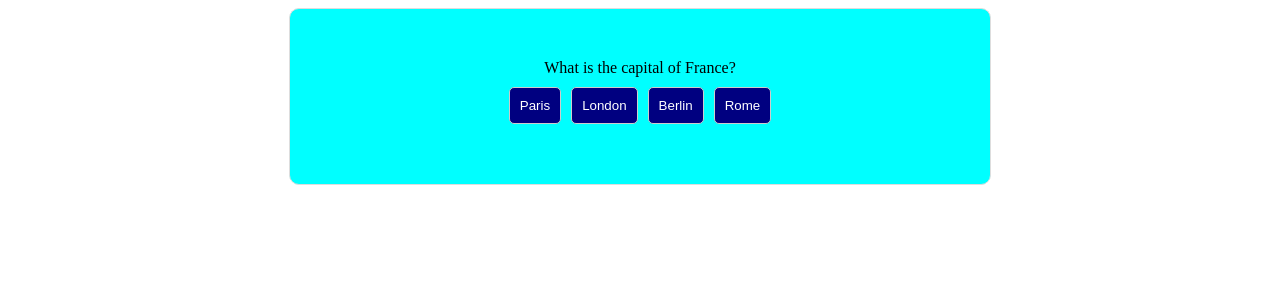
Repository: muteedwaheed/quiz-app
Page: test.html
The author's editor kept a copy of each file at every save. The page is drawn from the files as they stood at one save, then again after the next save.
The browser window is 1280 px wide. The pictures show the whole page.

Above is the page before, as saved 2024-06-23 01:52:31.

### test.html
<!DOCTYPE html>
<html lang="en">
  <head>
    <meta charset="UTF-8" />
    <meta name="viewport" content="width=device-width, initial-scale=1.0" />
    <title>quiz app</title>
    <link rel="stylesheet" href="./test.css">
  </head>
  <body>

    <div class="quiz-container">
      <div id="question-container">
        <div id="question">Question text</div>
        <div id="options-container"></div>
      </div>
    </div>

    <script src="./test.js"></script>
  </body>
</html>

### test.css
.hidden { display: none; }
.quiz-container {
  max-width: 600px;
  margin: 0 auto;
  text-align: center;
  padding: 50px;
  border: 1px solid #ddd;
  border-radius: 10px;
  background-color:aqua
}
.option {
  display: block;
  margin: 10px 0;
  padding: 10px;
  background-color:navy;
  color:white;
  border: 1px solid #ccc;
  border-radius: 5px;
  cursor: pointer;
}
#options-container {
  display: flex;
  justify-content: center;
  gap: 10px;
  flex-wrap: wrap;
}
.option:hover {
  background-color: #ddd;
}

### test.js
const quiz = [
  {
    questions: [
      {
        question: "What is the capital of France?",
        options: [
          {
            answerText: "Paris",
            isCorrect: true,
          },
          {
            answerText: "London",
            isCorrect: false,
          },
          {
            answerText: "Berlin",
            isCorrect: false,
          },
          {
            answerText: "Rome",
            isCorrect: false,
          },
        ],
      },
      {
        question: "Which of the following are primary colors?",
        options: [
          {
            answerText: "Red",
            isCorrect: true,
          },
          {
            answerText: "Green",
            isCorrect: false,
          },
          {
            answerText: "Blue",
            isCorrect: true,
          },
          {
            answerText: "Yellow",
            isCorrect: true,
          },
        ],
      },
      {
        question: "Who wrote the play 'Romeo and Juliet'?",
        options: [
          {
            answerText: "William Shakespeare",
            isCorrect: true,
          },
          {
            answerText: "Jane Austen",
            isCorrect: false,
          },
          {
            answerText: "Charles Dickens",
            isCorrect: false,
          },
          {
            answerText: "Leo Tolstoy",
            isCorrect: false,
          },
        ],
      },
      {
        question: "Which of the following are programming languages?",
        options: [
          {
            answerText: "Java",
            isCorrect: true,
          },
          {
            answerText: "Banana",
            isCorrect: false,
          },
          {
            answerText: "Python",
            isCorrect: true,
          },
          {
            answerText: "Orange",
            isCorrect: false,
          },
        ],
      },
      {
        question: "What are the colors of the rainbow?",
        options: [
          {
            answerText: "Red",
            isCorrect: true,
          },
          {
            answerText: "Green",
            isCorrect: false,
          },
          {
            answerText: "Blue",
            isCorrect: true,
          },
          {
            answerText: "Yellow",
            isCorrect: true,
          },
        ],
      },
      {
        question: "Which planet is known as the 'Red Planet'?",
        options: [
          {
            answerText: "Mars",
            isCorrect: true,
          },
          {
            answerText: "Venus",
            isCorrect: false,
          },
          {
            answerText: "Jupiter",
            isCorrect: false,
          },
          {
            answerText: "Saturn",
            isCorrect: false,
          },
        ],
      },
      {
        question: "What are the main components of air?",
        options: [
          {
            answerText: "Oxygen",
            isCorrect: true,
          },
          {
            answerText: "Carbon Dioxide",
            isCorrect: true,
          },
          {
            answerText: "Nitrogen",
            isCorrect: true,
          },
          {
            answerText: "Argon",
            isCorrect: false,
          },
        ],
      },
      {
        question: "Which animals lay eggs?",
        options: [
          {
            answerText: "Dogs",
            isCorrect: false,
          },
          {
            answerText: "Cats",
            isCorrect: false,
          },
          {
            answerText: "Birds",
            isCorrect: true,
          },
          {
            answerText: "Frogs",
            isCorrect: true,
          },
        ],
      },
      {
        question: "What is the capital of Japan?",
        options: [
          {
            answerText: "Tokyo",
            isCorrect: true,
          },
          {
            answerText: "Beijing",
            isCorrect: false,
          },
          {
            answerText: "Seoul",
            isCorrect: false,
          },
          {
            answerText: "Bangkok",
            isCorrect: false,
          },
        ],
      },
      {
        question: "Which of the following are fruits?",
        options: [
          {
            answerText: "Carrot",
            isCorrect: false,
          },
          {
            answerText: "Apple",
            isCorrect: true,
          },
          {
            answerText: "Potato",
            isCorrect: false,
          },
          {
            answerText: "Banana",
            isCorrect: true,
          },
        ],
      },
      {
        question: "Who is credited with inventing the telephone?",
        options: [
          {
            answerText: "Thomas Edison",
            isCorrect: false,
          },
          {
            answerText: "Alexander Graham Bell",
            isCorrect: true,
          },
          {
            answerText: "Nikola Tesla",
            isCorrect: false,
          },
          {
            answerText: "Albert Einstein",
            isCorrect: false,
          },
        ],
      },
      {
        question: "Which of the following are mammals?",
        options: [
          {
            answerText: "Dolphin",
            isCorrect: true,
          },
          {
            answerText: "Shark",
            isCorrect: false,
          },
          {
            answerText: "Salmon",
            isCorrect: false,
          },
          {
            answerText: "Octopus",
            isCorrect: false,
          },
        ],
      },
      {
        question: "What is the largest planet in our solar system?",
        options: [
          {
            answerText: "Jupiter",
            isCorrect: true,
          },
          {
            answerText: "Mars",
            isCorrect: false,
          },
          {
            answerText: "Saturn",
            isCorrect: false,
          },
          {
            answerText: "Neptune",
            isCorrect: false,
          },
        ],
      },
      {
        question: "Which of the following are programming languages?",
        options: [
          {
            answerText: "Ruby",
            isCorrect: true,
          },
          {
            answerText: "Lemon",
            isCorrect: false,
          },
          {
            answerText: "C++",
            isCorrect: true,
          },
          {
            answerText: "Grapes",
            isCorrect: false,
          },
        ],
      },
      {
        question: "What are the primary colors in painting?",
        options: [
          {
            answerText: "Red",
            isCorrect: true,
          },
          {
            answerText: "Green",
            isCorrect: false,
          },
          {
            answerText: "Blue",
            isCorrect: true,
          },
          {
            answerText: "Orange",
            isCorrect: false,
          },
        ],
      },
      {
        question: "Which of the following are elements on the periodic table?",
        options: [
          {
            answerText: "Carbon",
            isCorrect: true,
          },
          {
            answerText: "Gold",
            isCorrect: true,
          },
          {
            answerText: "Silver",
            isCorrect: true,
          },
          {
            answerText: "Ruby",
            isCorrect: false,
          },
        ],
      },
      {
        question: "Which of the following are European countries?",
        options: [
          {
            answerText: "Germany",
            isCorrect: true,
          },
          {
            answerText: "Brazil",
            isCorrect: false,
          },
          {
            answerText: "Spain",
            isCorrect: true,
          },
          {
            answerText: "Australia",
            isCorrect: false,
          },
        ],
      },
      {
        question: "What are the primary colors of light?",
        options: [
          {
            answerText: "Red",
            isCorrect: true,
          },
          {
            answerText: "Green",
            isCorrect: true,
          },
          {
            answerText: "Blue",
            isCorrect: true,
          },
          {
            answerText: "Yellow",
            isCorrect: false,
          },
        ],
      },
      {
        question:
          "Which of the following are parts of the human digestive system?",
        options: [
          {
            answerText: "Stomach",
            isCorrect: true,
          },
          {
            answerText: "Lungs",
            isCorrect: false,
          },
          {
            answerText: "Brain",
            isCorrect: false,
          },
          {
            answerText: "Liver",
            isCorrect: true,
          },
        ],
      },
      {
        question: "What is the currency of Japan?",
        options: [
          {
            answerText: "Yen",
            isCorrect: true,
          },
          {
            answerText: "Dollar",
            isCorrect: false,
          },
          {
            answerText: "Pound",
            isCorrect: false,
          },
          {
            answerText: "Euro",
            isCorrect: false,
          },
        ],
      },
      {
        question: "Which of the following are elements?",
        options: [
          {
            answerText: "Oxygen",
            isCorrect: true,
          },
          {
            answerText: "Sun",
            isCorrect: false,
          },
          {
            answerText: "Moon",
            isCorrect: false,
          },
          {
            answerText: "Earth",
            isCorrect: false,
          },
        ],
      },
      {
        question: "What is the largest ocean on Earth?",
        options: [
          {
            answerText: "Pacific Ocean",
            isCorrect: true,
          },
          {
            answerText: "Indian Ocean",
            isCorrect: false,
          },
          {
            answerText: "Atlantic Ocean",
            isCorrect: false,
          },
          {
            answerText: "Arctic Ocean",
            isCorrect: false,
          },
        ],
      },
      {
        question: "Which of the following are programming languages?",
        options: [
          {
            answerText: "Python",
            isCorrect: true,
          },
          {
            answerText: "Carrot",
            isCorrect: false,
          },
          {
            answerText: "Ruby",
            isCorrect: true,
          },
          {
            answerText: "Cucumber",
            isCorrect: false,
          },
        ],
      },
      {
        question: "What is the chemical symbol for water?",
        options: [
          {
            answerText: "H2O",
            isCorrect: true,
          },
          {
            answerText: "CO2",
            isCorrect: false,
          },
          {
            answerText: "N2",
            isCorrect: false,
          },
          {
            answerText: "O2",
            isCorrect: false,
          },
        ],
      },
    ],
  },
];
let currentQuestionIndex = 0;

// const questionContainer = document.getElementById('question-container');
const questionElement = document.getElementById('question');
const optionsContainer = document.getElementById('options-container');

function showQuestion(questionIndex) {
  const question = quiz[0].questions[questionIndex];
  questionElement.textContent = question.question;
  optionsContainer.innerHTML = '';
  question.options.forEach((option, index) => {
    const button = document.createElement('button');
    button.textContent = option.answerText;
    button.classList.add('option');
    button.onclick = () => checkAnswer(option.isCorrect);
    optionsContainer.appendChild(button);
  });
}

function checkAnswer(isCorrect) {
  if (isCorrect) {
    currentQuestionIndex++;
    if (currentQuestionIndex < quiz[0].questions.length) {
      showQuestion(currentQuestionIndex);
    } else {
      questionContainer.innerHTML = '<h2>You have completed the quiz!</h2>';
    }
  } else {
    alert('Incorrect, try again.');
  }
}

// Start the quiz
showQuestion(currentQuestionIndex);

After the next save:
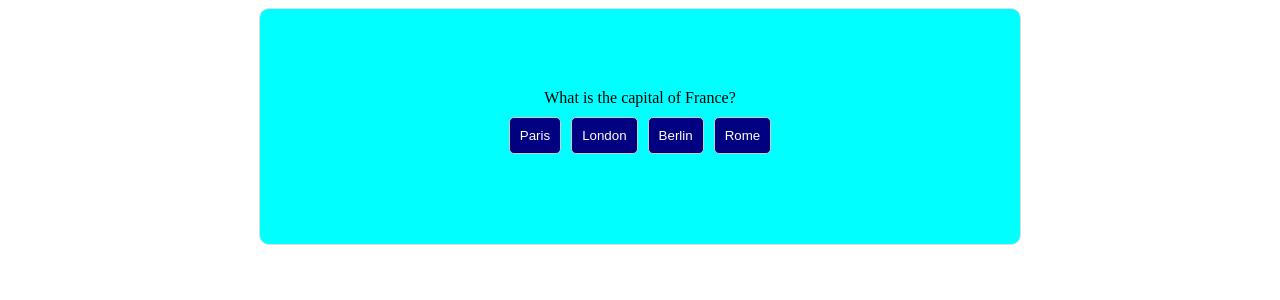
Saved 8 s later.
--- a/test.css
+++ b/test.css
@@ -3,7 +3,7 @@
   max-width: 600px;
   margin: 0 auto;
   text-align: center;
-  padding: 50px;
+  padding: 80px;
   border: 1px solid #ddd;
   border-radius: 10px;
   background-color:aqua
